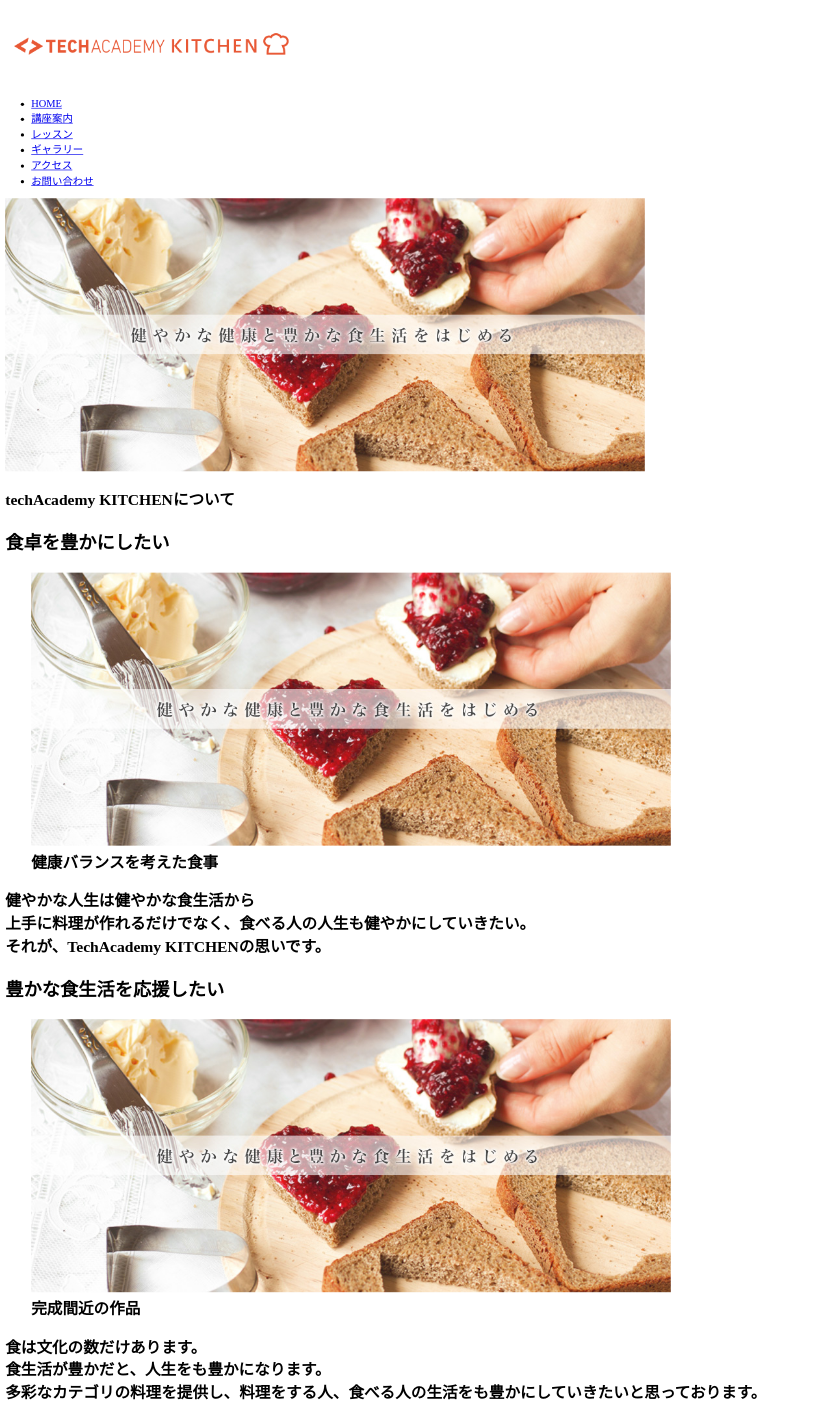
Repository: natsumi-hironaka/micropostsnatsu
Page: images_kitchen/kitchen.html
The author's editor kept a record of every edit. The page is drawn from the files as they stood at one moment, then again after the next edit.
The browser window is 1280 px wide. The pictures show the whole page, at 65% of full size.

Above is the page before.

### images_kitchen/kitchen.html
<!DOCTYPE html>
<html lang="ja">
    <head>
        <meta charset="UTF-8">
        <title>TechAcademy KITCHEN</title>
    </head>
    <body>
        <header>
            <h1><a href="kitchen.html"><img src="images_kitchen/logo.png" alt="TechAcademy KITCHEN"></a></h1>
            <nav id="global_navi">
                <ul>
                    <li class="current"><a href="kitchen.html">HOME</a></li>
                    <li><a href="course.html">講座案内</a></li>
                    <li><a href="lesson.html">レッスン</a></li>
                    <li><a href="gallery.html">ギャラリー</a></li>
                    <li><a href="access.html">アクセス</a></li>
                    <li><a href="contact.html">お問い合わせ</a></li>
                </ul>
            </nav>
        </header>
        <div id="main_visual">
            <img src="images_kitchen/main_visual.jpg" alt="健やかな健康と食生活をはじめる">
        </div>
        <div id="wrapper">
            <div id="main">
                <section id="point">
                    <h2>techAcademy KITCHENについて</2>
                    <section>
                        <h3>食卓を豊かにしたい</h3>
                        <figure>
                            <img src="images_kitchen/main_visual.jpg" alt="TechAcademy KITCHENについて１">
                            <figcaption>健康バランスを考えた食事</figcaption>
                        </figure>
                        <p>
                            健やかな人生は健やかな食生活から<br>
                            上手に料理が作れるだけでなく、食べる人の人生も健やかにしていきたい。<br>
                            それが、TechAcademy KITCHENの思いです。
                        </p>
                    </section>
                    <section>
                        <h3>豊かな食生活を応援したい</h3>
                        <figure>
                            <img src="images_kitchen/main_visual.jpg" alt="TechAcademy KITCHENについて2">
                            <figcaption>完成間近の作品</figcaption>
                        </figure>
                        <p>
                            食は文化の数だけあります。<br>
                            食生活が豊かだと、人生をも豊かになります。<br>
                            多彩なカテゴリの料理を提供し、料理をする人、食べる人の生活をも豊かにしていきたいと思っております。
                        </p>
                </section>
            </div>
            <aside id="sidebar">
            </aside>
        </div>
        <footer>
        </footer>
    </body>
</html>

After the next edit:
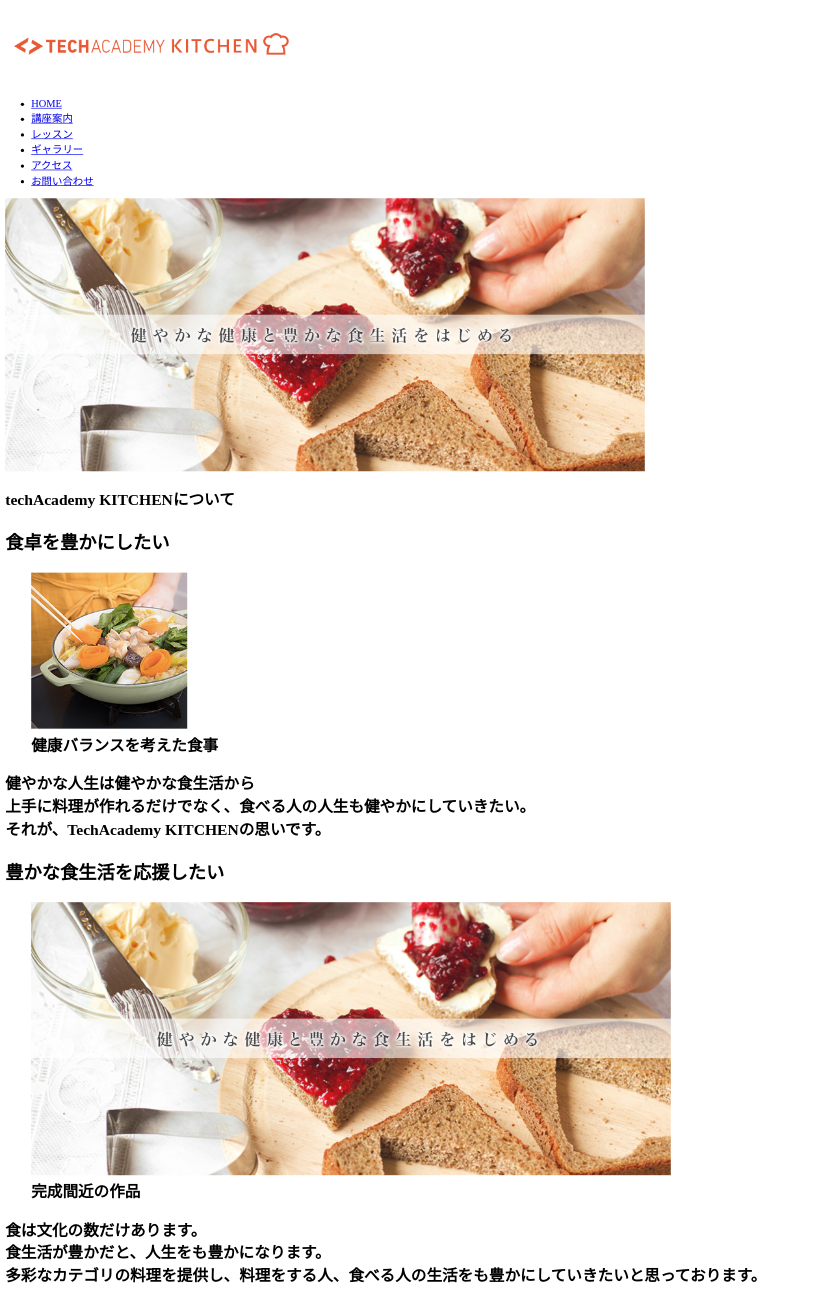
The edit:
--- a/images_kitchen/kitchen.html
+++ b/images_kitchen/kitchen.html
@@ -28,7 +28,7 @@
                     <section>
                         <h3>食卓を豊かにしたい</h3>
                         <figure>
-                            <img src="images_kitchen/main_visual.jpg" alt="TechAcademy KITCHENについて１">
+                            <img src="images_kitchen/photo01.jpg" alt="TechAcademy KITCHENについて１">
                             <figcaption>健康バランスを考えた食事</figcaption>
                         </figure>
                         <p>
